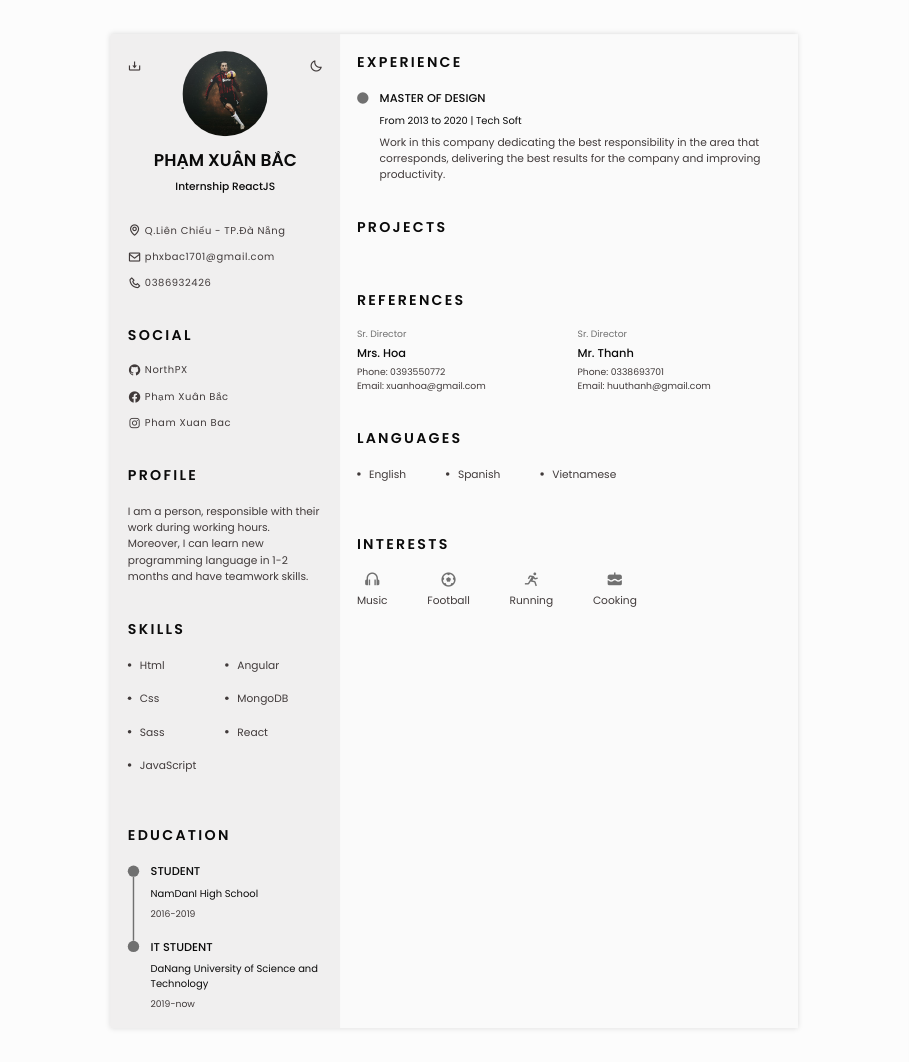
Repository: northpx/myCV
Page: index.html
The author's editor kept a copy of each file at every save. The page is drawn from the files as they stood at one save, then again after the next save.
The browser window is 1280 px wide. The pictures show the whole page, at 71% of full size.

Above is the page before, as saved 2023-02-23 17:01:02.

### index.html
<!DOCTYPE html>
<html lang="en">
<head>
    <meta charset="UTF-8">
    <meta http-equiv="X-UA-Compatible" content="IE=edge">
    <meta name="viewport" content="width=device-width, initial-scale=1.0">
    <link rel="stylesheet" href="./src/css/styles.css">
    <link rel="stylesheet" href="https://cdn.jsdelivr.net/npm/boxicons@latest/css/boxicons.min.css">
    <title>Pham Xuan Bac</title>
</head>
<body>
    <header class="l-header" id="header">
        <nav class="nav bd-container">
            <a href="#" class="nav__logo">Bac</a>
            <div class="nav__menu" id="nav-menu">
                <ul class="nav__list">
                    <li class="nav__item">
                        <a href="#home" class="nav__link active-link">
                            <i class='bx bx-home nav__icon' ></i>HOME
                        </a>
                    </li>
                    <li class="nav__item">
                        <a href="#profile" class="nav__link">
                            <i class='bx bx-user nav__icon' ></i>USER
                        </a>
                    </li>
                    <li class="nav__item">
                        <a href="#education" class="nav__link">
                            <i class='bx bx-book nav__icon' ></i>EDUCATION
                        </a>
                    </li>
                    <li class="nav__item">
                        <a href="#skills" class="nav__link">
                            <i class='bx bx-receipt nav__icon' ></i>SKILLS
                        </a>
                    </li>
                    <li class="nav__item">
                        <a href="#experience" class="nav__link">
                            <i class='bx bx-briefcase-alt nav__icon' ></i>experience
                        </a>
                    </li>
                    <li class="nav__item">
                        <a href="#projects" class="nav__link">
                            <i class='bx bx-award nav__icon' ></i>projectS
                        </a>
                    </li>

                    <li class="nav__item">
                        <a href="#references" class="nav__link">
                            <i class='bx bx-link-external nav__icon' ></i>REFERENCES
                        </a>
                    </li>
                </ul>
            </div>

            <div class="nav__toogle" id="nav-toggle">
                <i class="bx bx-grid-alt"></i>
            </div>
        </nav>
    </header>
    <main class="l-main bd-container">
        <div class="resume" id="area-cv">
            <div class="resume__left">
                <section class="home" id="home">
                    <div class="home__container section bd-grid">
                        <div class="home__data bd-grid">
                            <img src="./src/img/z3668101589347_355da8c054c5f58beb49364ce3f9e5b5.jpg" alt="" class="home__img">
                            <h1 class="home__title"><b>PHẠM XUÂN BẮC</b></h1>
                            <h3 class="home__profession">Internship ReactJS</h3>
                            <div>
                                <a download="" href="./src/pdf/resumecv.pdf" class="home__button-movil">Download</a>
                            </div>
                        </div>
                        <div class="home__address bd-grid">
                            <span class="home__information">
                                <i class="bx bx-map home__icon"></i> Q.Liên Chiểu - TP.Đà Nẵng
                            </span>
                            <span class="home__information">
                                <i class="bx bx-envelope home__icon"></i> phxbac1701@gmail.com
                            </span>
                            <span class="home__information">
                                <i class="bx bx-phone home__icon"></i> 0386932426
                            </span>
                        </div>
                    </div>
                    <i class="bx bx-moon change-theme" title="Theme" id="theme-button"></i>
                    <i class="bx bx-download generate-pdf" title="Generate PDF" id="resume-button"></i>
                </section>

                <section class="social section">
                    <h2 class="section-title">Social</h2>
                    <div class="social__container bd-grid">
                        <a href="https://github.com/northpx" target="_blank" class="social_link">
                            <i class="bx bxl-github social__icon"></i> NorthPX
                        </a>
                        <a href="https://www.facebook.com/north.px.13/" target="_blank" class="social_link">
                            <i class="bx bxl-facebook-circle social__icon"></i> Phạm Xuân Bắc
                        </a>
                        <a href="https://www.instagram.com/_north.px_/" target="_blank" class="social_link">
                            <i class="bx bxl-instagram social__icon"></i> Pham Xuan Bac
                        </a>
                    </div>
                </section>

                <section class="profile section" id="profile">
                    <h2 class="section-title">Profile</h2>
                    <p class="profile__description">
                        I am a person, responsible with their work during working hours. Moreover, I can learn new programming language in 1-2 months and have teamwork skills.
                    </p>
                </section>

                <section class="skills section" id="skills">
                    <h2 class="section-title">Skills</h2>
                    <div class="skills__content bd-grid">
                        <ul class="skills__data">
                            <li class="skills__name">
                                <span class="skills__circle"></span> Html
                            </li>
                            <li class="skills__name">
                                <span class="skills__circle"></span> Css
                            </li>
                            <li class="skills__name">
                                <span class="skills__circle"></span> Sass
                            </li>
                            <li class="skills__name">
                                <span class="skills__circle"></span> JavaScript
                            </li>
                        </ul>

                        <ul class="skills__data">
                            <li class="skills__name">
                                <span class="skills__circle"></span> Angular
                            </li>
                            <li class="skills__name">
                                <span class="skills__circle"></span> MongoDB
                            </li>
                            <li class="skills__name">
                                <span class="skills__circle"></span> React
                            </li>
                        </ul>
                    </div>
                </section>

                <section class="education section" id="education">
                    <h2 class="section-title">Education</h2>
                    <div class="education__container bd-grid">
                        <!-- <div class="education__content">
                            <div class="education__time">
                                <span class="education__rounder"></span>
                                <span class="education__line"></span>
                            </div>
                            <div class="education__data bd-grid">
                                <h3 class="education__title">STUDENT</h3>
                                <span class="education__studies">HongLong Secondary School</span>
                                <span class="education__year">2012-2016</span>
                            </div>
                        </div> -->

                        <div class="education__content">
                            <div class="education__time">
                                <span class="education__rounder"></span>
                                <span class="education__line"></span>
                            </div>
                            <div class="education__data bd-grid">
                                <h3 class="education__title">STUDENT</h3>
                                <span class="education__studies">NamDanI High School</span>
                                <span class="education__year">2016-2019</span>
                            </div>
                        </div>

                        <div class="education__content">
                            <div class="education__time">
                                <span class="education__rounder"></span>
                                <!-- <span class="education__line"></span> -->
                            </div>
                            <div class="education__data bd-grid">
                                <h3 class="education__title">IT STUDENT</h3>
                                <span class="education__studies">DaNang University of Science and Technology</span>
                                <span class="education__year">2019-now</span>
                            </div>
                        </div>
                    </div>
                </section>

            </div>

            <div class="resume__right">
                <section class="experience section" id="experience">
                    <h2 class="section-title">experience</h2>
                    <div class="experience__container bd-grid">
                        <div class="experience__content">
                            <div class="experience__time">
                                <span class="experience__rounder"></span>
                                <!-- <span class="experience__line"></span> -->
                            </div>
                            <div class="experience__data bd-grid">
                                <h3 class="experience__title">MASTER OF DESIGN</h3>
                                <span class="experience__company">From 2013 to 2020 | Tech Soft</span>
                                <p class="experience__description">Work in this company dedicating the best responsibility in the area that corresponds, delivering the best results for the company and improving productivity.</p>
                            </div>
                        </div>
                        <!-- <div class="experience__content">
                            <div class="experience__time">
                                <span class="experience__rounder"></span>
                                <span class="experience__line"></span>
                            </div>
                            <div class="experience__data bd-grid">
                                <h3 class="experience__title">DESIGN UI/UX</h3>
                                <span class="experience__company">From 2020 to 2021 | Adobe Inc</span>
                                <p class="experience__description">Work in this company dedicating the best responsibility in the area that corresponds, delivering the best results for the company and improving productivity.</p>
                            </div>
                        </div>
                        <div class="experience__content">
                            <div class="experience__time">
                                <span class="experience__rounder"></span>
                            </div>
                            <div class="experience__data bd-grid">
                                <h3 class="experience__title">MOBILE APP DEVELOPER</h3>
                                <span class="experience__company">From 2021 to 2023 | App Tech</span>
                                <p class="experience__description">Work in this company dedicating the best responsibility in the area that corresponds, delivering the best results for the company and improving productivity.</p>
                            </div>
                        </div> -->
                    </div>
                </section>

                <section class="project section" id="projects">
                    <h2 class="section-title">projects</h2>
                    <div class="project__container bd-grid">
                        <div class="project__content">
                            <!-- <h3 class="project__title">Certified for compliance in the work area (2012)</h3>
                            <p class="project__description">For meeting the expectations of leading the team to work the specified tasks in the labor field.</p> -->
                        </div>

                        <!-- <div class="project__content">
                            <h3 class="project__title">project of attendance on computer technology.</h3>
                            <p class="project__description">For meeting the expectations of leading the team to work the specified tasks in the labor field.</p>
                        </div>

                        <div class="project__content">
                            <h3 class="project__title">Achievement medal for productivity excellence during the year (2019)</h3>
                            <p class="project__description">For meeting the expectations of leading the team to work the specified tasks in the labor field.</p>
                        </div> -->
                    </div>
                </section>

                <section class="references section" id="references">
                    <h2 class="section-title">References</h2>
                    <div class="references__container bd-grid">
                        <div class="references__content bd-grid">
                            <span class="references__subtitle">Sr. Director</span>
                            <h3 class="references__title">Mrs. Hoa</h3>
                            <ul class="references__contact">
                                <li>Phone: 0393550772</li>
                                <li>Email: xuanhoa@gmail.com</li>
                            </ul>
                        </div>

                        <div class="references__content bd-grid">
                            <span class="references__subtitle">Sr. Director</span>
                            <h3 class="references__title">Mr. Thanh</h3>
                            <ul class="references__contact">
                                <li>Phone: 0338693701</li>
                                <li>Email: huuthanh@gmail.com</li>
                            </ul>
                        </div>
                    </div>
                </section>

                <section class="languages section">
                    <h2 class="section-title">Languages</h2>
                    <div class="languages__container bd-grid">
                        <ul class="languages__content bd-grid">
                            <li class="languages_name">
                                <span class="languages__circle"></span> English
                            </li>
                            <li class="languages_name">
                                <span class="languages__circle"></span> Spanish
                            </li>
                            <li class="languages_name">
                                <span class="languages__circle"></span> Vietnamese
                            </li>

                        </ul>
                    </div>
                </section>

                <section class="interests section">
                    <h2 class="section-title">Interests</h2>
                    <div class="interests__container bd-grid">
                        <div class="interests__content">
                            <i class="bx bx-headphone interests__icon"></i>
                            <span class="interests__name">Music</span>
                        </div>
                        <div class="interests__content">
                            <i class='bx bx-football interests__icon' ></i>
                            <span class="interests__name">Football</span>
                        </div>
                        <div class="interests__content">
                            <i class='bx bx-run interests__icon' ></i>
                            <span class="interests__name">Running</span>
                        </div>
                        <div class="interests__content">
                            <i class='bx bxs-cake interests__icon' ></i>
                            <span class="interests__name">Cooking</span>
                        </div>
                    </div>
                </section>
            </div>
        </div>
    </main>

    <a href="#" class="scrolltop" id="scroll-top">
        <i class="bx bx-up-arrow-alt scrolltop__icon"></i>
    </a>
    <script src="./src/js/html2pdf.bundle.min.js"></script>
    <script src="./src/js/scripts.js"></script>
</body>
</html>

Loaded but not shown: src/js/html2pdf.bundle.min.js (library); src/js/scripts.js (107 lines, source omitted); src/css/styles.css (578 lines, source omitted)

After the next save:
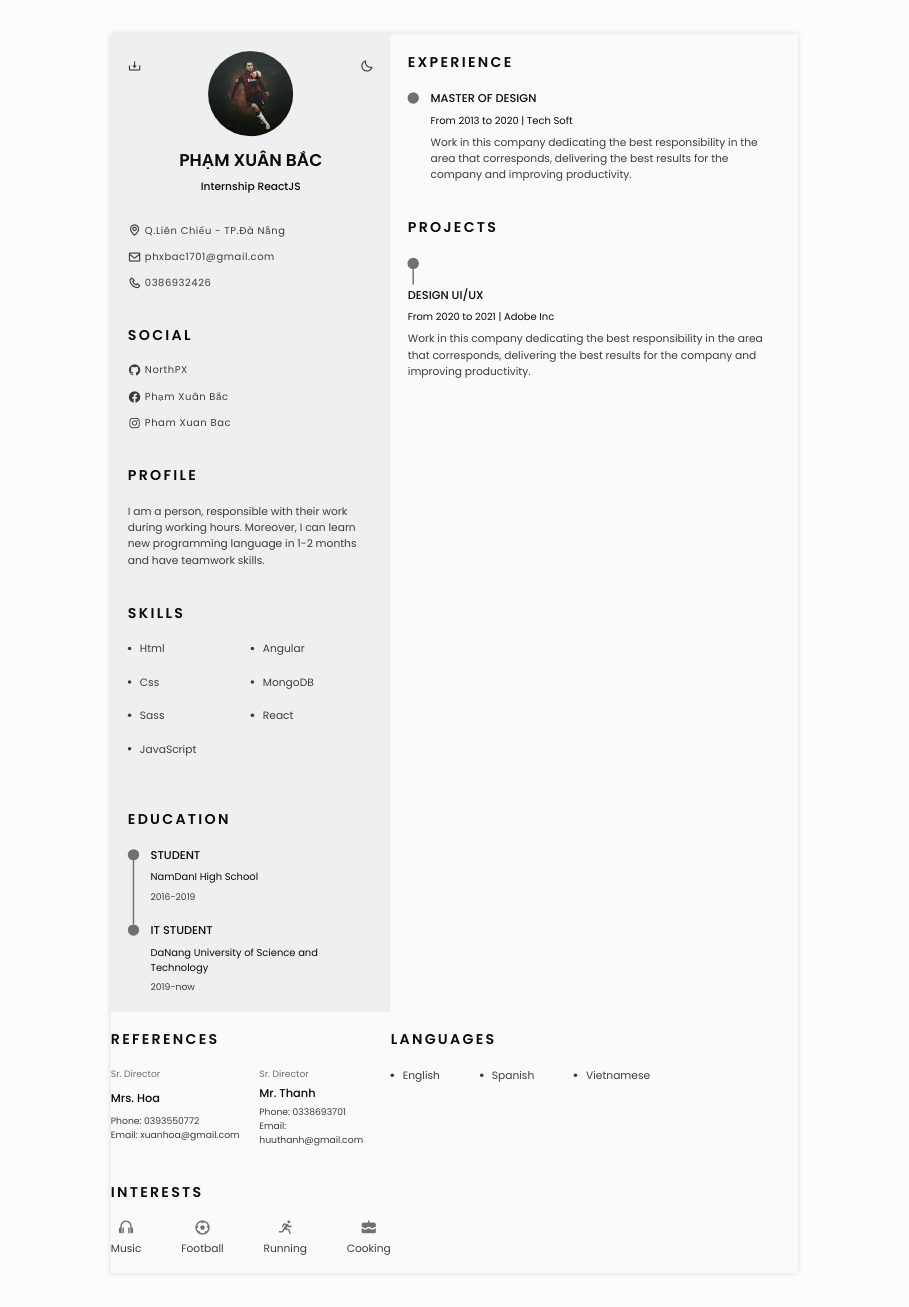
Saved 33 s later.
--- a/index.html
+++ b/index.html
@@ -226,7 +226,14 @@
                 <section class="project section" id="projects">
                     <h2 class="section-title">projects</h2>
                     <div class="project__container bd-grid">
-                        <div class="project__content">
+                        <div class="project__content">                                <span class="experience__rounder"></span>
+                            <span class="experience__line"></span>
+                        </div>
+                        <div class="experience__data bd-grid">
+                            <h3 class="experience__title">DESIGN UI/UX</h3>
+                            <span class="experience__company">From 2020 to 2021 | Adobe Inc</span>
+                            <p class="experience__description">Work in this company dedicating the best responsibility in the area that corresponds, delivering the best results for the company and improving productivity.</p>
+                        </div>
                             <!-- <h3 class="project__title">Certified for compliance in the work area (2012)</h3>
                             <p class="project__description">For meeting the expectations of leading the team to work the specified tasks in the labor field.</p> -->
                         </div>
